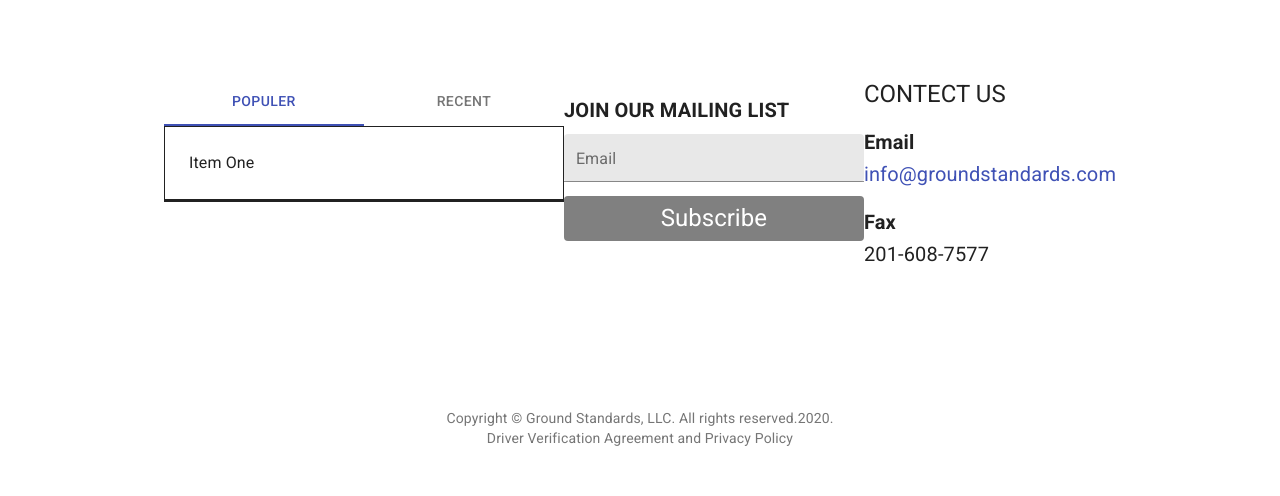
Repository: vinuvish/groundstandards_react
Page: /
These files come from the project's save history. The page is drawn as it stood at one moment and after the next save; the edit follows.
The browser window is 1280 px wide. The pictures show the part of the page from y = 3920 to 4416 px (the page is 4416 px tall).
Pictures or frames that could not be fetched are drawn as grey boxes. The page's requests for data from a server got no answer. The project was rebuilt for these pictures with package versions that can differ from the ones it lists, and the page was loaded fresh each time. No one was signed in, and anything a server would have sent is missing. Also part of the build but not shown: src/pages/app/NotFoundPage.tsx, src/pages/app/SignUpPage.tsx, src/pages/app/AboutPage.tsx, src/pages/app/OurSolutionPage.tsx, src/pages/app/OurPartnerPage.tsx, src/pages/app/ResourcePage.tsx, src/pages/app/PressPage.tsx, src/pages/app/BlockPage.tsx and 1 more. Imported but missing from the stored project, and not drawn on this page: src/assets/video/video-2.mp4.

Above is the page before, as saved 2020-11-28 13:06:20.

After the next save:
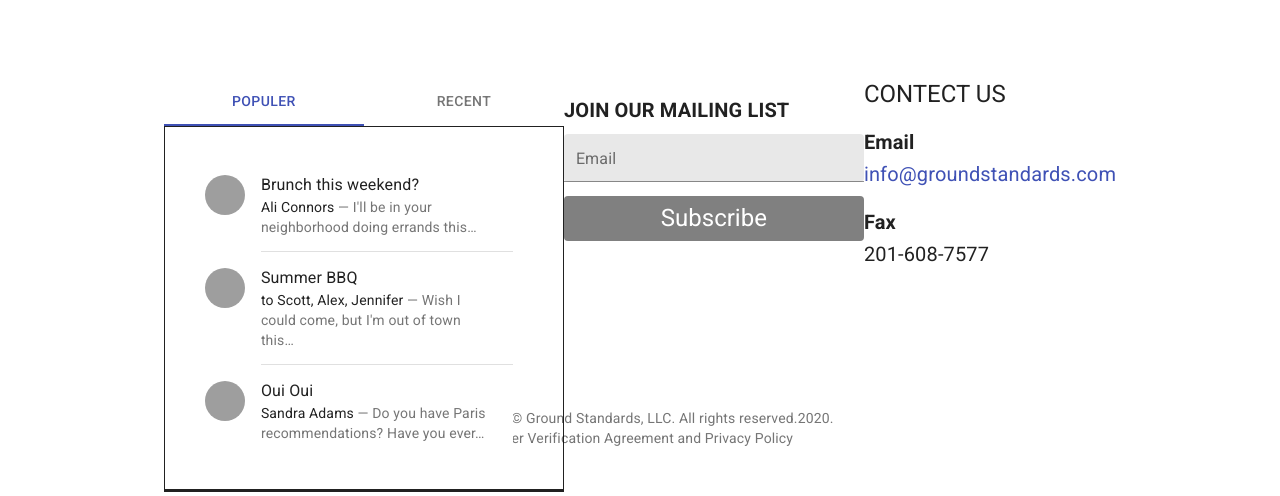
Saved 32 s later.
--- a/src/components/ZFooter.tsx
+++ b/src/components/ZFooter.tsx
@@ -4,6 +4,7 @@ import React from 'react';
 import { useForm } from 'react-hook-form';
 import ZTextFormField from './ZTextFromField';
 import ZTabPanel from './ZTabPanal';
+import ZListCard from './ZListCard';
 
 
 export default function ZFooter() {
@@ -56,8 +57,8 @@ export default function ZFooter() {
                                         <Tab label="Recent" {...a11yProps(1)} />
                                     </Tabs>
                                     <ZTabPanel value={value} index={0}>
-                                        Item One
-      </ZTabPanel>
+                                        <ZListCard />
+                                    </ZTabPanel>
                                     <ZTabPanel value={value} index={1}>
                                         Item Two
       </ZTabPanel>
